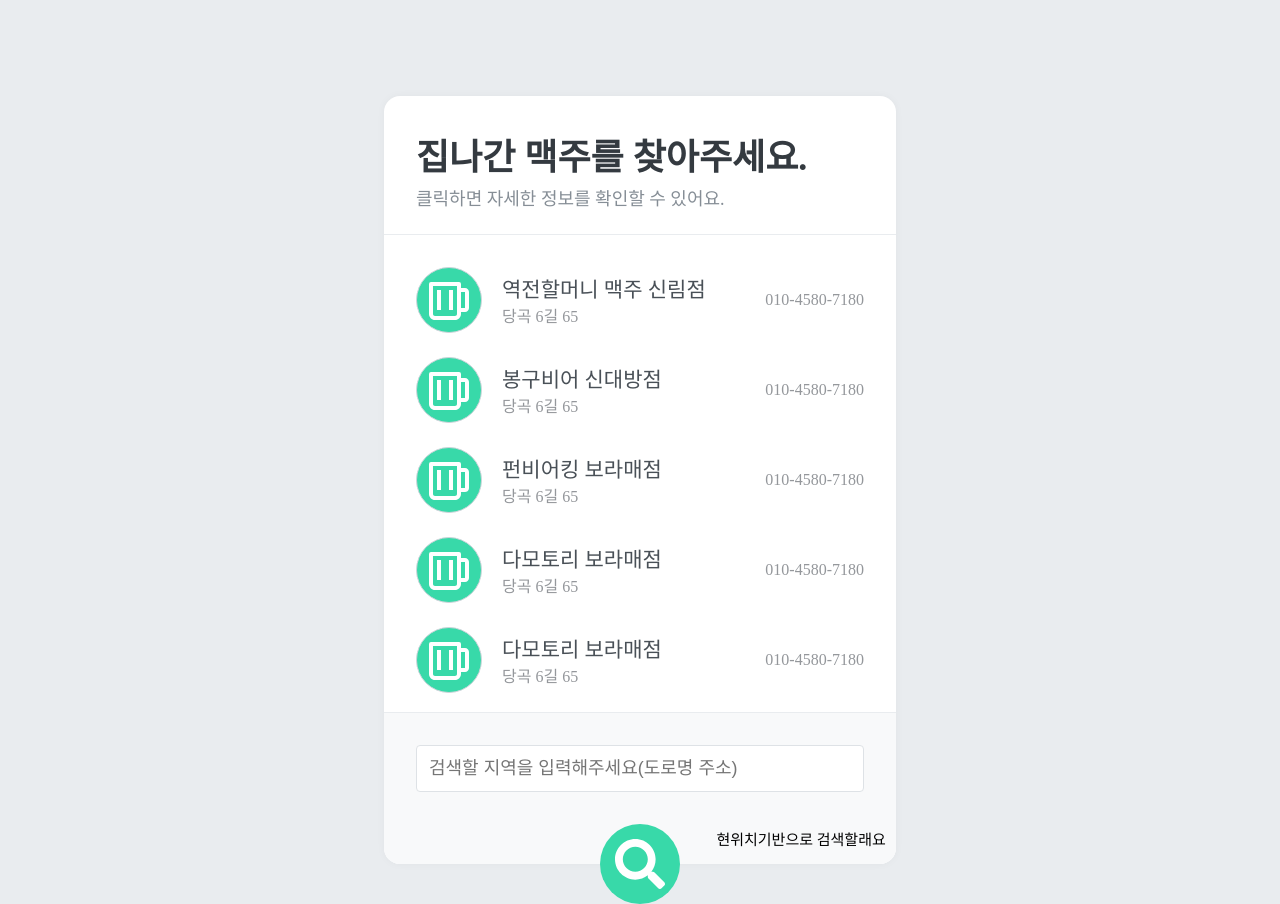
Repository: THE-SOPT-WEB/kimNamjun
Page: / (app in week4/bring-my-beer/)
These files come from the project's save history. The page is drawn as it stood at one moment and after a run of saves; the edit follows.
The browser window is 1280 px wide. The pictures show the whole page.
An inner scrolling area shows only its first screen. The project was rebuilt for these pictures with package versions that can differ from the ones it lists, and the page was loaded fresh each time.

Above is the page before, as saved 2022-05-13 01:21:20.

After the next 2 saves:
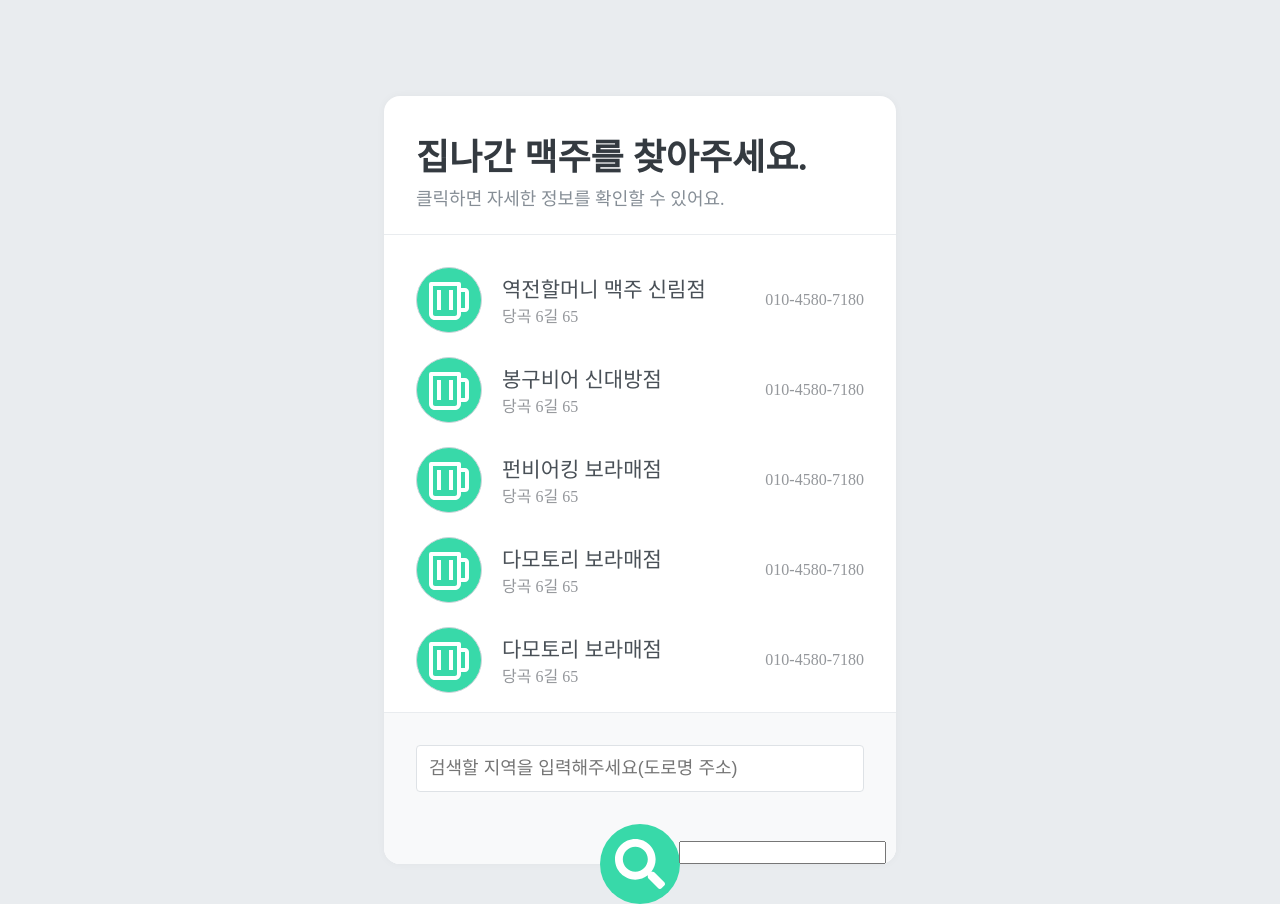
The 2 saves are shown as one change because 1 did not build or start.
The last was saved 82 s later.
--- a/week4/bring-my-beer/src/components/Search.jsx
+++ b/week4/bring-my-beer/src/components/Search.jsx
@@ -60,7 +60,7 @@ const Input = styled.input`
   box-sizing: border-box;
 `;
 
-const Check = styled.div`
+const Checkbox = styled.input`
   z-index: 1;
   position: absolute;
   bottom: 0;
@@ -80,9 +80,7 @@ function Search() {
       <CircleButton>
         <FaSearch/>
       </CircleButton>
-      <Check>
-        <p>현위치기반으로 검색할래요</p>
-      </Check>
+      <Checkbox/>
     </>
   );
 }
